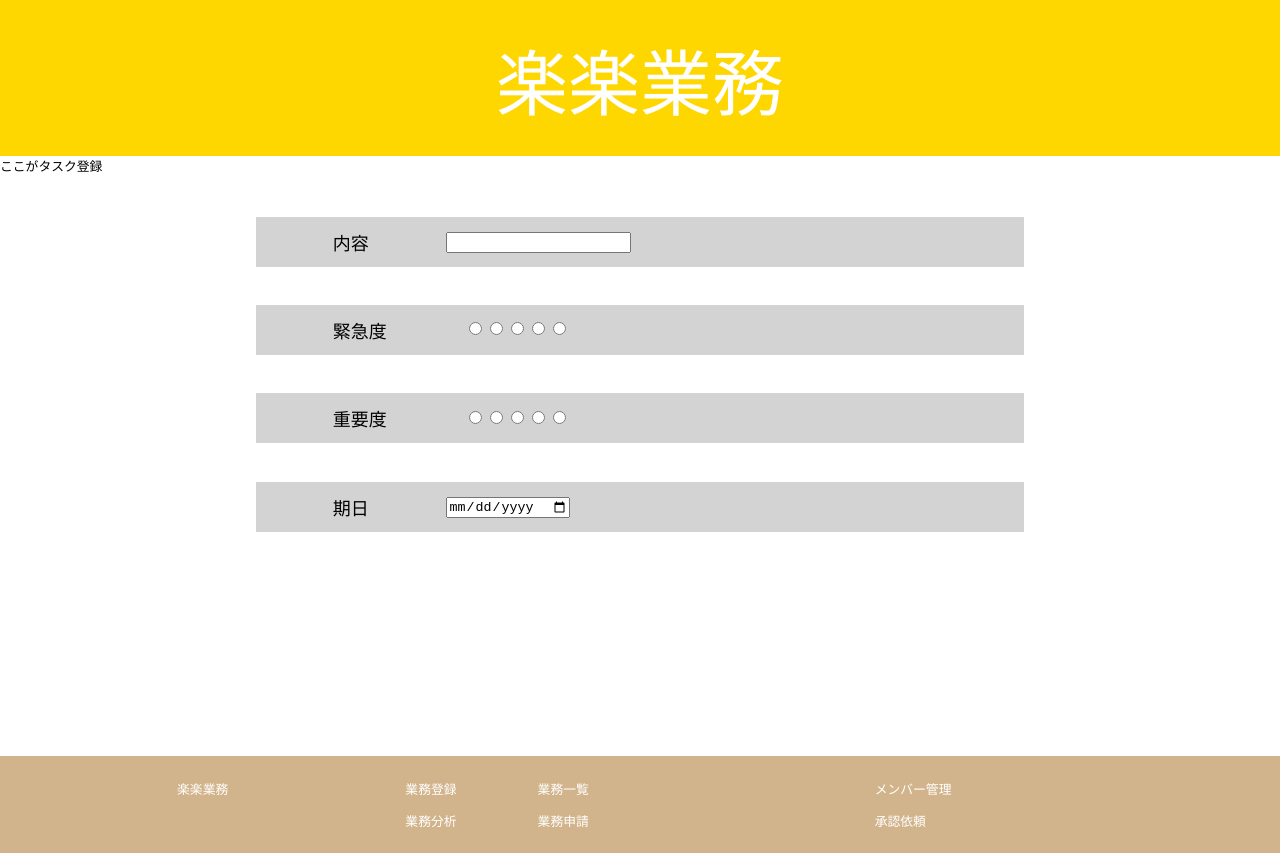
Repository: Reiya-1003/VueReplaceTask
Page: /#/register
An editor plug-in stored every save of this project. The page is shown before and after a run of saves, followed by the edit.
The browser window is 1280 px wide. The pictures show the whole page.
The project was rebuilt for these pictures with package versions that can differ from the ones it lists, and the page was loaded fresh each time. Also part of the build but not shown: vue.config.js, src/components/pages/PageHome.vue.

Above is the page before, as saved 2022-06-16 15:39:13.

After the next 2 saves:
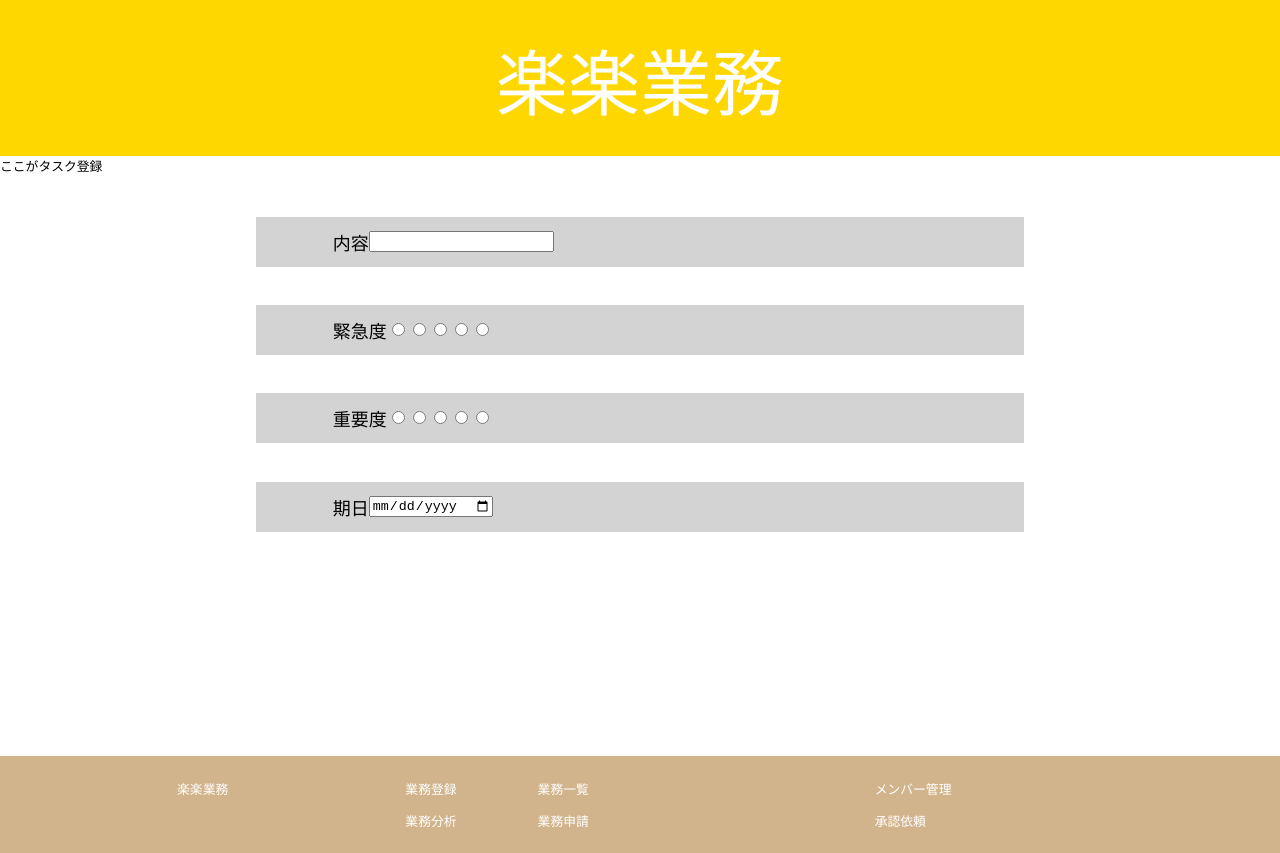
The 2 saves are shown as one change because 1 did not build or start.
The last was saved 74 s later.
--- a/src/components/pages/PageRegister.vue
+++ b/src/components/pages/PageRegister.vue
@@ -3,10 +3,10 @@
     <div>ここがタスク登録</div>
 
     <div class="listbox">
-      <div class="listitem"><span>内容</span><span><input type="text"></span></div>
-      <div class="listitem"><span>緊急度</span><span><input type="radio"><input type="radio"><input type="radio"><input type="radio"><input type="radio"></span></div>
-      <div class="listitem"><span>重要度</span><span><input type="radio"><input type="radio"><input type="radio"><input type="radio"><input type="radio"></span></div>
-      <div class="listitem"><span>期日</span><span><input type="date"></span></div>
+      <div class="listitem"><span class="itemtitle">内容</span><span><input type="text"></span></div>
+      <div class="listitem"><span class="itemtitle">緊急度</span><span><input type="radio"><input type="radio"><input type="radio"><input type="radio"><input type="radio"></span></div>
+      <div class="listitem"><span class="itemtitle">重要度</span><span><input type="radio"><input type="radio"><input type="radio"><input type="radio"><input type="radio"></span></div>
+      <div class="listitem"><span class="itemtitle">期日</span><span><input type="date"></span></div>
     </div>
 
   </div>
@@ -33,7 +33,7 @@ export default {
    margin-top: 5%;
    background-color:lightgray;
    text-align: center;
-   span{
+   .itemtitle{
      margin-left: 10%;
      font-size: large;
 
